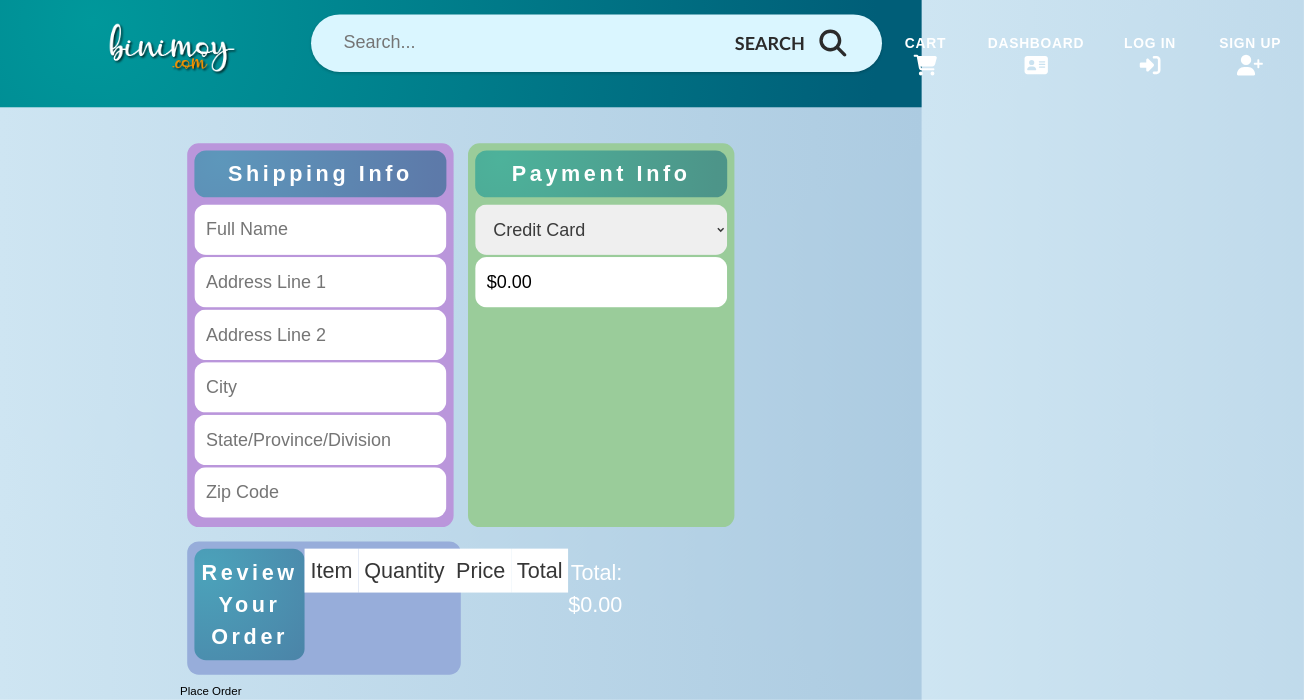
Repository: Shadman2024/2_1_DatabaseProject
Page: /checkout (app in frontend/)
The author's editor kept a copy of each file at every save. The page is drawn from the files as they stood at one save, then again after the next save.
The browser window is 1280 px wide. The page is 1811 px wide, so the pictures cover 1811 px, including what lies to the right of the window. The pictures show the whole page, at 72% of full size.
Some web libraries are served in a nearby version. The project was rebuilt for these pictures with package versions that can differ from the ones it lists, and the page was loaded fresh each time. Also part of the build but not shown: frontend/src/App.css, frontend/src/signUp/signup.js, frontend/src/logIn/login.js, frontend/src/Home/home.module.css, frontend/src/Home/hero.js, frontend/src/Home/hero2.js, frontend/src/Home/hero3.js, frontend/src/Home/smallcategory.module.css and 31 more.

Above is the page before, as saved 2024-03-08 15:43:15.

After the next save:
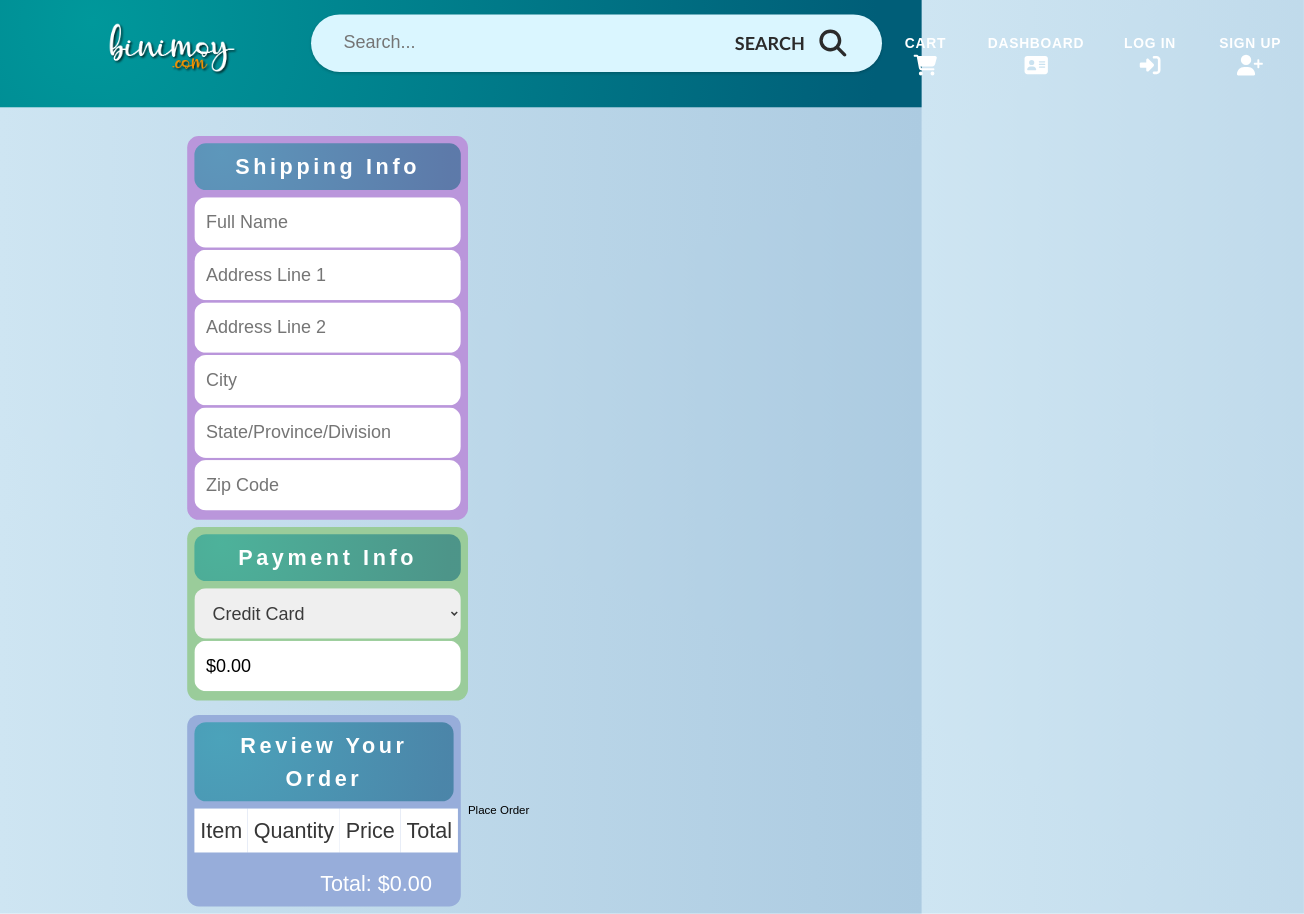
Saved 26 s later.
--- a/frontend/src/checkout/checkout.module.css
+++ b/frontend/src/checkout/checkout.module.css
@@ -5,12 +5,12 @@
     margin-top: 40px;
     align-items: center;
 }
-.container2{
+.container1{
+    display: flex;
     display: flex;
     /* margin-top: 40px; */
 }
 .cartReview{
-    display: flex;
     background-color: #97adda;
     padding: 10px;
     width: 48.7%;
